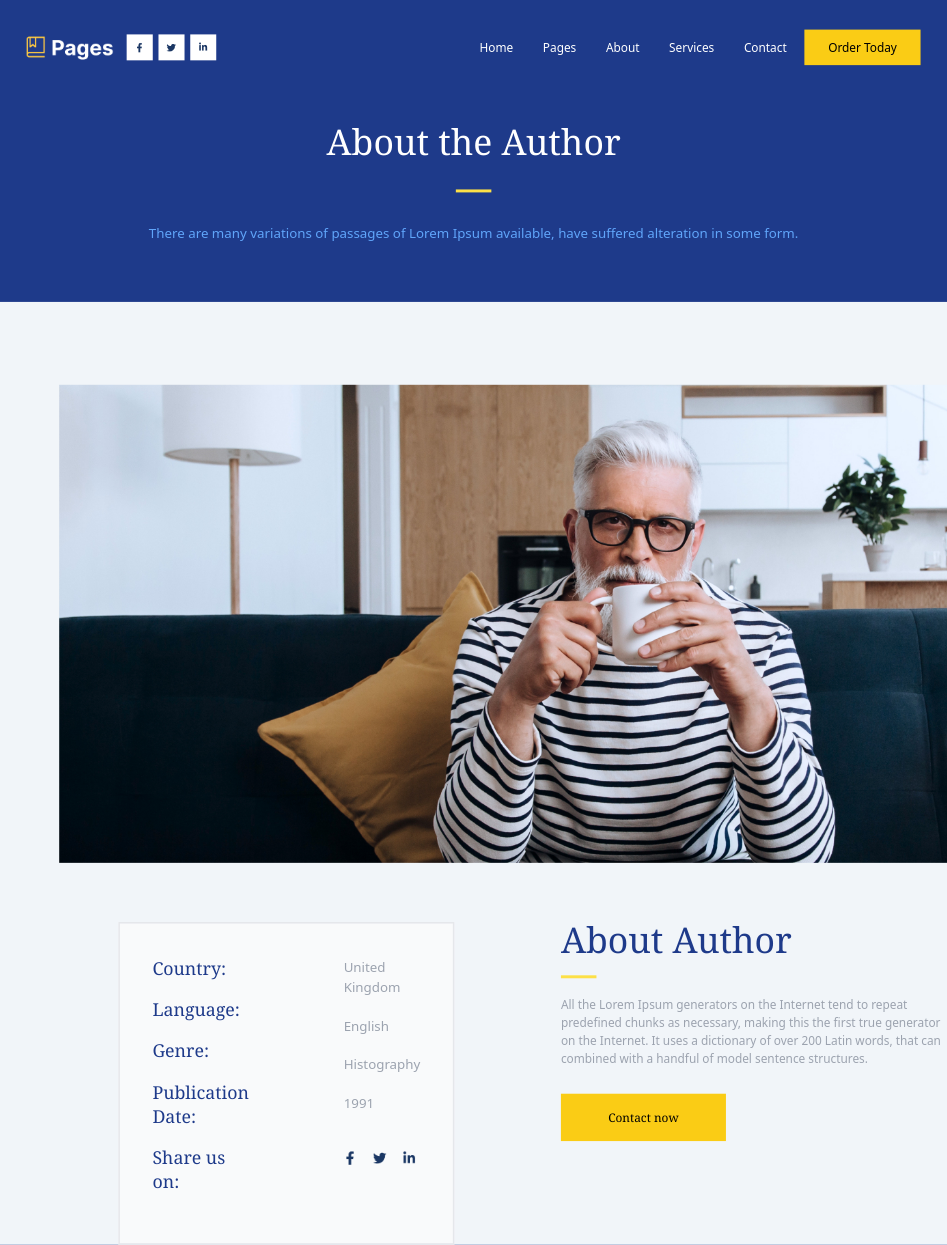
Repository: Godnorg/Class3
Page: index.html
These files come from the project's save history. The page is drawn as it stood at one moment and after a run of saves; the edit follows.
The browser window is 1280 px wide. The pictures show the whole page, at 74% of full size.
Some web libraries are served in a nearby version.

Above is the page before, as saved 2023-02-20 03:32:30.

After the next 2 saves:
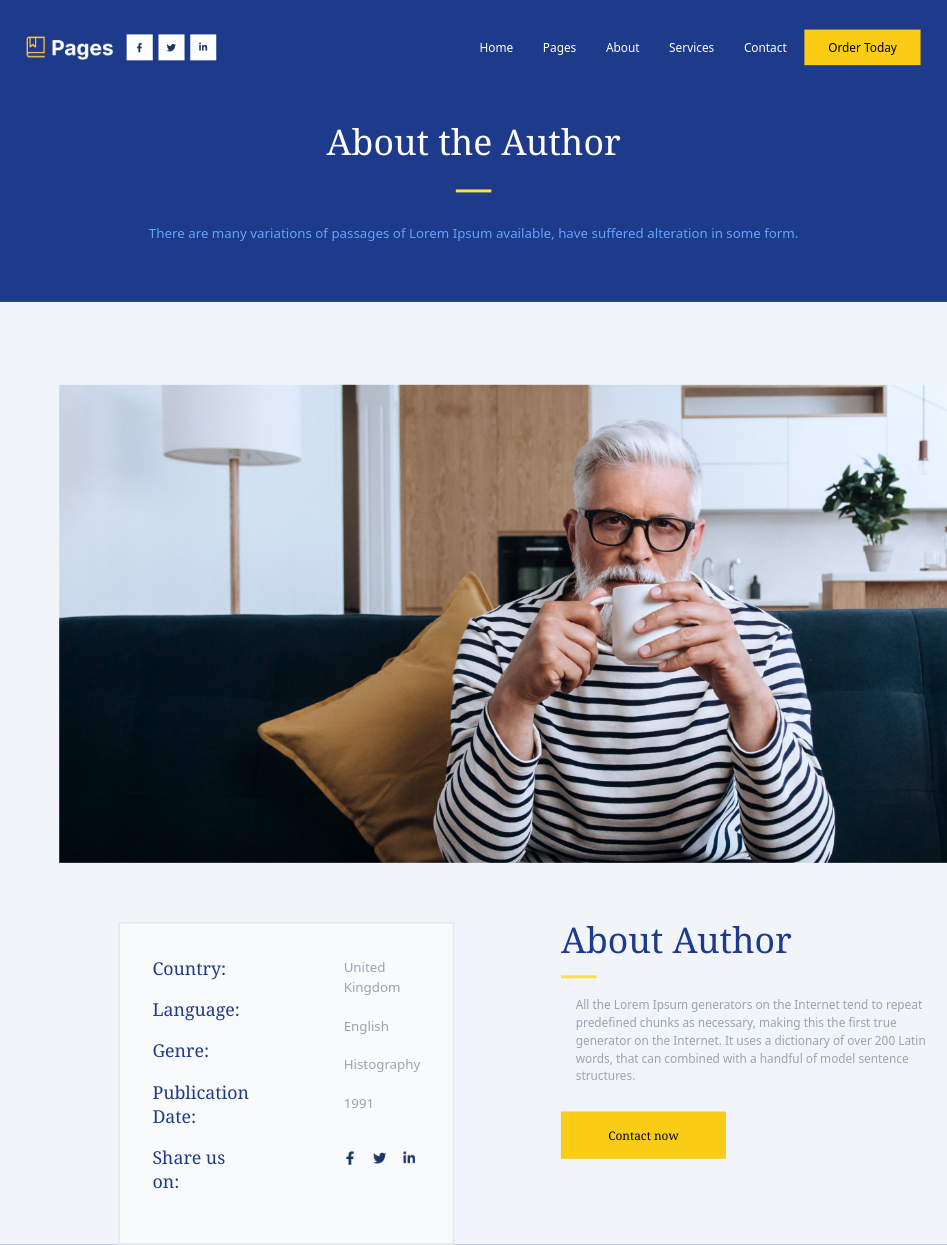
The 2 saves are shown as one change because they came seconds apart.
The last was saved 79 s later.
--- a/index.html
+++ b/index.html
@@ -58,7 +58,7 @@
         <div class="-ml-60">
           <h1 class="font-serif text-5xl text-blue-900">About Author</h1>
           <div class="w-12 h-1 my-6 bg-yellow-300"></div>
-          <p class="text-gray-400">All the Lorem Ipsum generators on the Internet tend to repeat predefined chunks as necessary, making this the first true generator on the Internet. It uses a dictionary of over 200 Latin words, that can combined with a handful of model sentence structures.</p>
+          <p class="pl-5 text-gray-400">All the Lorem Ipsum generators on the Internet tend to repeat predefined chunks as necessary, making this the first true generator on the Internet. It uses a dictionary of over 200 Latin words, that can combined with a handful of model sentence structures.</p>
           <button class="px-16 py-5 mx-auto font-serif bg-yellow-400 mt-9">Contact now</button>
         </div>
     </div>
